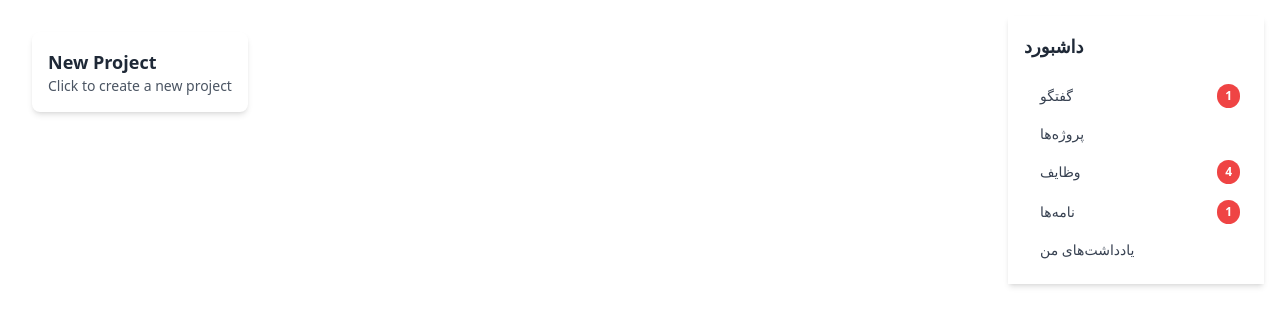
Repository: spnovaa/work-hive
Page: /projects (app in front_end/)
An editor plug-in stored every save of this project. The page is shown before and after the next save, followed by the edit.
The browser window is 1280 px wide. The pictures show the whole page.
The page's requests for data from a server got no answer. The project was rebuilt for these pictures with package versions that can differ from the ones it lists, and the page was loaded fresh each time. No one was signed in, and anything a server would have sent is missing. Also part of the build but not shown: front_end/src/api/auth.js, front_end/src/pages/login.jsx, front_end/src/pages/registration.jsx, front_end/src/components/profile/dropdown.jsx, front_end/src/components/profile/profileSection.jsx, front_end/src/pages/home.jsx, front_end/src/components/loadingSpinner.jsx, front_end/src/components/project/projectDetails.jsx and 1 more.

Above is the page before, as saved 2025-01-16 22:21:54.

After the next save:
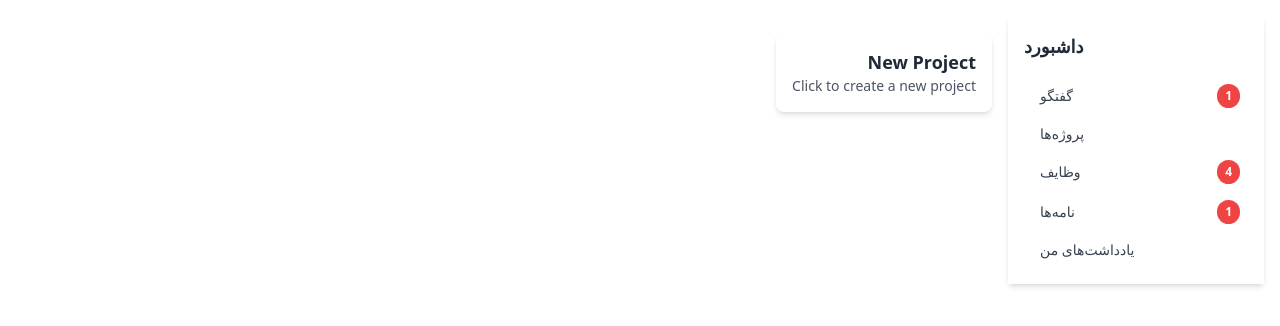
Saved 50 s later.
--- a/front_end/src/components/project/projectDashboard.jsx
+++ b/front_end/src/components/project/projectDashboard.jsx
@@ -30,7 +30,7 @@ function ProjectsDashboard() {
     if (error) return <div className="text-center text-red-500">Error: {error}</div>;
 
     return (
-        <div className="flex overflow-x-auto p-4" style={{ marginRight: '16rem' }}>
+        <div className="flex overflow-x-auto p-4" style={{ marginRight: '16rem', direction: 'rtl' }}>
             <div className="flex space-x-4 flex-row-reverse">
                 {projects.map((project) => (
                     <ProjectCard
@@ -46,6 +46,7 @@ function ProjectsDashboard() {
             </div>
         </div>
     );
+
 }
 
 export default ProjectsDashboard;
